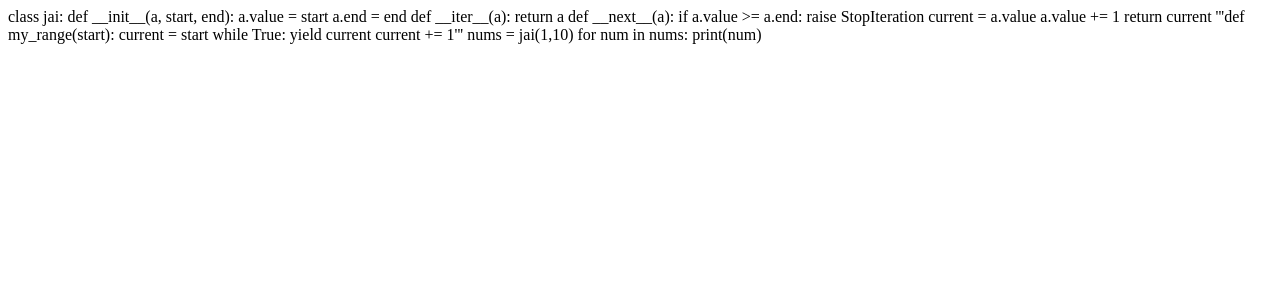
Repository: JAYAPRAKASH7541/jai7541
Page: python_sample_package/simple.html
The author's editor kept a record of every edit. The page is drawn from the files as they stood at one moment, then again after the next edit.
The browser window is 1280 px wide. The pictures show the whole page.

Above is the page before.

### python_sample_package/simple.html

class jai:

    def __init__(a, start, end):
        a.value = start
        a.end = end

    def __iter__(a):
        return a

    def __next__(a):
        if a.value >= a.end:
            raise StopIteration
        current = a.value
        a.value += 1
        return current


'''def my_range(start):
    current = start
    while True:
        yield current
        current += 1'''


nums = jai(1,10)

for num in nums:
    print(num)

After the next edit:
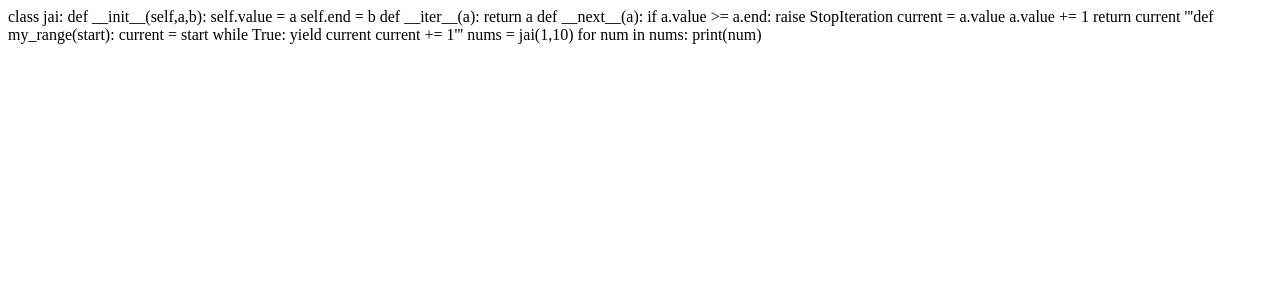
The edit:
--- a/python_sample_package/simple.html
+++ b/python_sample_package/simple.html
@@ -1,9 +1,9 @@
 
 class jai:
 
-    def __init__(a, start, end):
-        a.value = start
-        a.end = end
+    def __init__(self,a,b):
+        self.value = a
+        self.end = b
 
     def __iter__(a):
         return a
